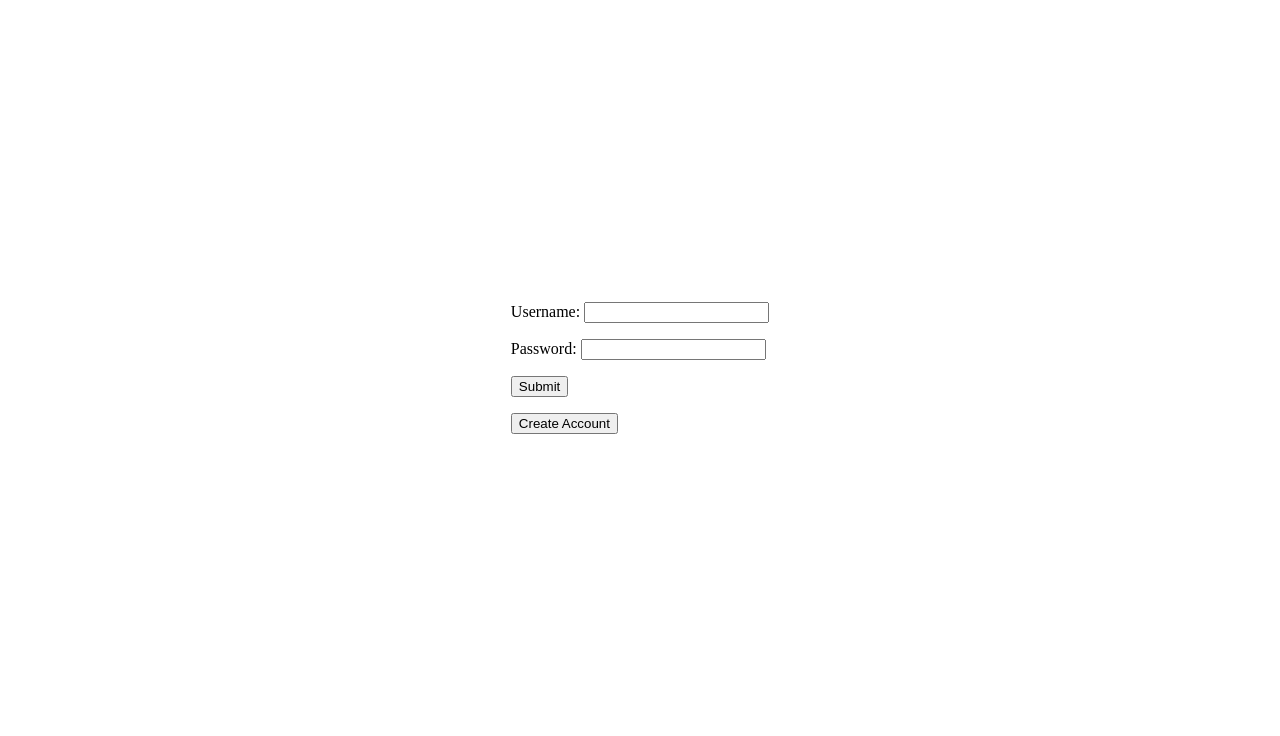
Repository: Jtho28/4830-group-project
Page: Esports-webproj/src/main/webapp/WEB-INF/Login.html
These files come from the project's save history. The page is drawn as it stood at one moment and after the next save; the edit follows.
The browser window is 1280 px wide. The pictures show the whole page.

Above is the page before, as saved 2022-11-16 20:42:43.

### Esports-webproj/src/main/webapp/WEB-INF/Login.html
<!DOCTYPE html>
<html>
<head>
<meta charset="UTF-8">
<title>Login</title>
<link rel="stylesheet" href="login.css">
</head>
<body>
<div class="login">
<form action="Login" method="post">
<p>Username: <input type="text" name="username" /></p>
<p>Password: <input type="password" name="password" /></p>
<p><input type="submit" /></p>
<p><button type="button">
Create Account
</button>
</form>
</div>
</body>
</html>

### Esports-webproj/src/main/webapp/WEB-INF/login.css
@charset "UTF-8";

body {
	display: flex;
	align-items: center;
	justify-content: center;

}

.login {
	height: 100vh;
	width: 100vw;
	display: flex;
	align-items: center;
	justify-content: center;
}

h1 {
	color: yellow;
	margin-left: 20px;
}

After the next save:
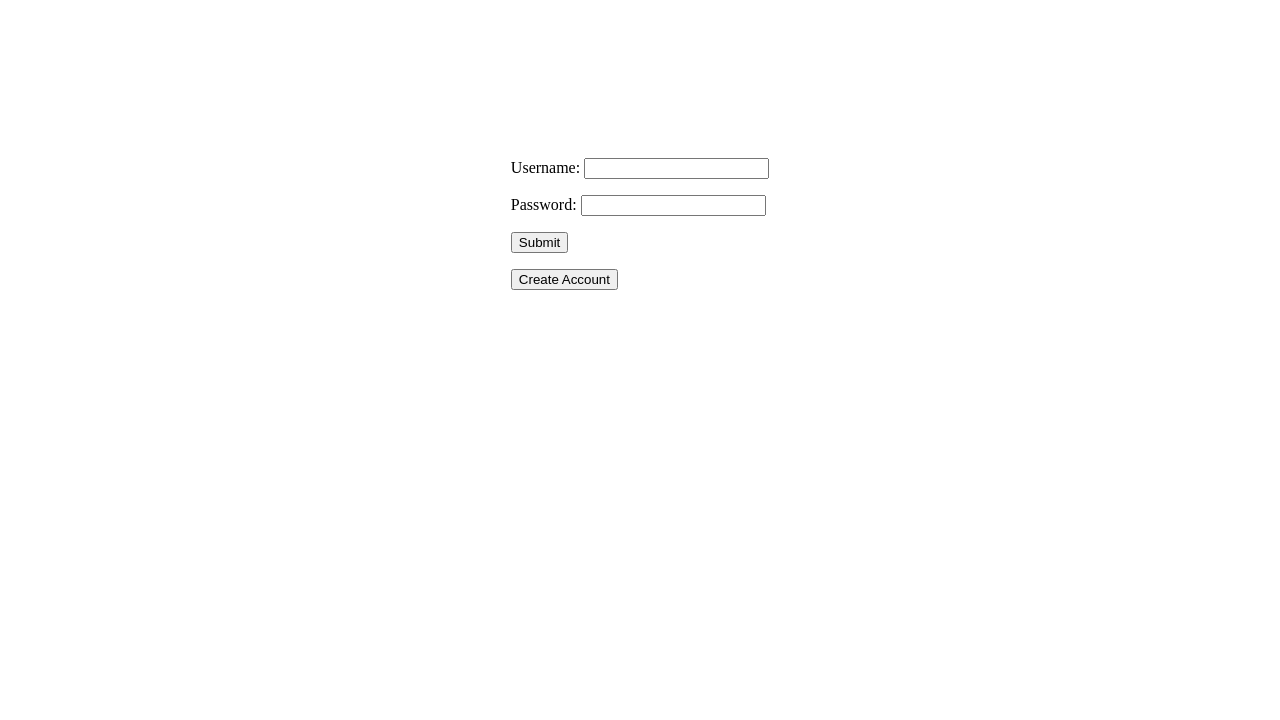
Saved 41 s later.
--- a/Esports-webproj/src/main/webapp/WEB-INF/login.css
+++ b/Esports-webproj/src/main/webapp/WEB-INF/login.css
@@ -8,8 +8,8 @@ body {
 }
 
 .login {
-	height: 100vh;
-	width: 100vw;
+	height: 60vh;
+	width: 50vw;
 	display: flex;
 	align-items: center;
 	justify-content: center;
